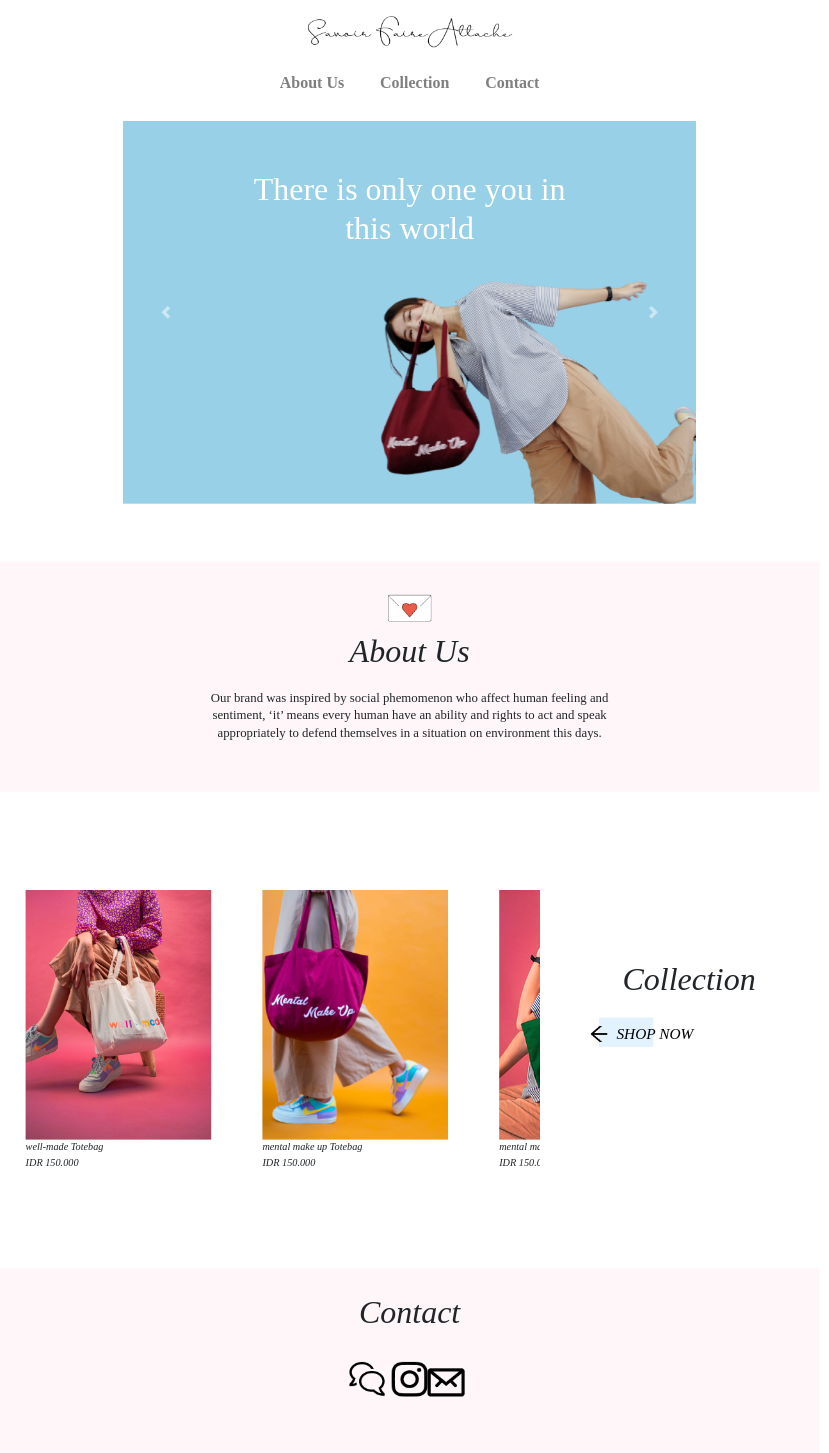
Repository: bismowibi/savoir
Page: index.html
These files come from the project's save history. The page is drawn as it stood at one moment and after the next save; the edit follows.
The browser window is 1280 px wide. The page is 1295 px wide, so the pictures cover 1295 px, including what lies to the right of the window. The pictures show the whole page, at 64% of full size.
The pointer rests on the first visible `.col-lg-4`.
Some web fonts or font styles are not loaded; a fallback is used. Some web libraries are served in a nearby version.

Above is the page before, as saved 2020-04-05 02:10:20.

### index.html
<!doctype html>
<html lang="en">

<head>
  <title>Title</title>
  <!-- Required meta tags -->
  <meta charset="utf-8">
  <meta name="viewport" content="width=device-width, initial-scale=1, shrink-to-fit=no">
  <!-- Internal CSS -->
  <link rel="stylesheet" href="style.css">
  <!-- Bootstrap CSS -->
  <link rel="stylesheet" href="https://stackpath.bootstrapcdn.com/bootstrap/4.3.1/css/bootstrap.min.css"
    integrity="sha384-ggOyR0iXCbMQv3Xipma34MD+dH/1fQ784/j6cY/iJTQUOhcWr7x9JvoRxT2MZw1T" crossorigin="anonymous">
  <!-- Font Face GT -->
  <link href="https://db.onlinewebfonts.com/c/4417812509ea84242dcf790e829ca350?family=GT+Walsheim+Pro+Regular" rel="stylesheet" type="text/css"/>
    <!-- Icon -->
  <script src="https://kit.fontawesome.com/c5d0666ee9.js" crossorigin="anonymous"></script>
</head>

<body>

  <!-- Optional JavaScript -->
  <!-- jQuery first, then Popper.js, then Bootstrap JS -->
  <script src="https://code.jquery.com/jquery-3.3.1.slim.min.js"
    integrity="sha384-q8i/X+965DzO0rT7abK41JStQIAqVgRVzpbzo5smXKp4YfRvH+8abtTE1Pi6jizo" crossorigin="anonymous">
  </script>
  <script src="https://cdnjs.cloudflare.com/ajax/libs/popper.js/1.14.7/umd/popper.min.js"
    integrity="sha384-UO2eT0CpHqdSJQ6hJty5KVphtPhzWj9WO1clHTMGa3JDZwrnQq4sF86dIHNDz0W1" crossorigin="anonymous">
  </script>
  <script src="https://stackpath.bootstrapcdn.com/bootstrap/4.3.1/js/bootstrap.min.js"
    integrity="sha384-JjSmVgyd0p3pXB1rRibZUAYoIIy6OrQ6VrjIEaFf/nJGzIxFDsf4x0xIM+B07jRM" crossorigin="anonymous">
  </script>

  <section id="title">
    <div class="container-fluid">

      <!-- Header-logo -->
      <header id="site-header">
        <!-- <h5>Sfa</h5> -->
        <img src="Photos/savoir.png" alt="">
      </header>

      <!-- Navigation Bar -->
      <nav class="navbar navbar-expand-lg navbar-light">
        <a class="navbar-brand d-block d-sm-block d-md-bock d-lg-none navbar-right" style="float: none;"
          href="#">Sfa</a>

        <!-- Navbar Collapse Button -->
        <button class="navbar-toggler" type="button" data-toggle="collapse" data-target="#navbarTogglerDemo02"
          aria-controls="navbarTogglerDemo02" aria-expanded="false" aria- label="Toggle navigation">
          <span class="navbar-toggler-icon"></span>
        </button>

        <!-- Navbar Menu -->
        <div class="collapse navbar-collapse" id="navbarTogglerDemo02">
          <ul class="navbar-nav mx-auto">
            <li class="nav-item"><a class="nav-link" href="#about-us">About Us</a></li>
            <li class="nav-item"><a class="nav-link" href="#collection">Collection</a></li>
            <li class="nav-item"><a class="nav-link" href="#contact">Contact</a></li>
          </ul>
      </nav>
  </section>

  <!-- Home  -->
  <section id="home">
    <!-- <div class="container"> -->
    <div id="carouselExampleControls" class="carousel slide" data-ride="carousel" data-interval="0">
      <div class="carousel-inner">
        <!-- Card 1  -->
        <div class="carousel-item active">
          <div class="row card-1">
            <div class="col-lg-12">
              <h2 class="text-center">There is only one you in <br>this world</h2>
            </div>
            <div class="col-lg-12">
              <img class="img-card-1" src="/Photos/card-1.png" alt="">
            </div>
          </div>
        </div>
        <!-- Card 2  -->
        <div class="carousel-item">
          <div class="row card-2">
            <div class="col-lg-6">
              <img class="img-card-2" src="/Photos/card-2.png" alt="">
            </div>
            <div class="col-lg-6">
              <h2>Chic and <br>Colourful</h2>
            </div>
          </div>
        </div>
        <!-- Card 3 -->
        <div class="carousel-item">
          <div class="row card-3">
            <div class="col-lg-6">
              <h2>Savoir Faire Attache</h2>
            </div>
            <div class="col-lg-6">
              <img class="img-card-3" src="/Photos/card-3.png" alt="">
            </div>
          </div>
        </div>
        <!-- Card 4 -->
        <div class="carousel-item">
          <div class="row card-4">
            <div class="col-lg-6">
              <h2>Grab yours now!</h2>
            </div>
            <div class="col-lg-6">
              <img class="img-card-4" src="/Photos/card-4-n.png" alt="">
            </div>
          </div>
        </div>
      </div>
      <!-- Button Slider  -->
      <a class="carousel-control-prev" href="#carouselExampleControls" role="button" data-slide="prev">
        <span class="carousel-control-prev-icon" aria-hidden="true"></span>
        <span class="sr-only">Previous</span>
      </a>
      <a class="carousel-control-next" href="#carouselExampleControls" role="button" data-slide="next">
        <span class="carousel-control-next-icon" aria-hidden="true"></span>
        <span class="sr-only">Next</span>
      </a>
    </div>
    </div>
  </section>

  <section id="about-us">
    <div class="container-fluid">
      <div class="row text-center">
        <div class="col-about col-lg-12 ">
          <img class="love-letter" src="/Photos/love-letter.png" alt="">
        </div>
        <div class="col-lg-12 text-center">
          <h2>About Us</h2>
          <p class="">Our brand was inspired by social phemomenon who affect human feeling and <br> sentiment, ‘it’ means every human have an ability and rights to act and speak <br>appropriately to defend themselves in a situation on environment this days. </p>
        </div>
      </div>
    </div>
    </div>
  </section>


  <!-- Collection -->
  <section id="collection">
    <!-- Scroling -->
    <div class="row scrolling-row">
      <div class="col-lg-8 sm-12">
        <div class="scrolling-wrapper-flexbox">
          <div class="card">
            <img src="/Photos/img-collect-1.png" alt="">
            <span>well-made Totebag <br>IDR 150.000<span>
          </div>
          <div class="card">
            <img src="/Photos/img-collect-2.png" alt="">
            <span>mental make up Totebag <br>IDR 150.000<span>
          </div>
          <div class="card">
            <img src="/Photos/img-collect-3.png" alt="">
            <span>mental make up Totebag <br>IDR 150.000<span>
          </div>
          <div class="card">
            <img src="/Photos/img-collect-4.png" alt="">
            <span>amore Totebag <br>IDR 150.000<span>
          </div>
        </div>
      </div>
      <div class="shop-now col-lg-4 sm-12">
        <h1 class="text-center">Collection</h1>
        <div class="arrow">
          <img class="img-arrow" src="/Photos/arrow-biru.png" alt="">
          <a href="https://linktr.ee/savoirfaire_attache" target="_blank">
            <h4> SHOP NOW</h4>
          </a>
        </div>

      </div>
      </di>

  </section>

  <section id="contact">
  <div class="container-fluid">
    <div class="row text-center">
      <div class="col-lg-12">
        <h2>Contact</h2>
      </div>
      <div class="col-lg-4 contact-icon line">
        <img class="icon" src="Photos/text-icon.png" alt="">
        <p>Click me!</p>
      </div>
      <div class="col-lg-4 contact-icon ig">
        <img src="Photos/ig-icon-2.png" alt="">
        <p>@savoirfaire_attache</p>
      </div>
      <div class="col-lg-4 contact-icon mail">
        <img src="Photos/mail-icon-1.png" alt="">
        <p>team@savoirfa.com</p>
      </div>


    </div>


  </div>





  </section>











</body>

</html>

### style.css
/* Header - Logo */
#site-header {
    text-align: center;
    padding-top: 2%;
    font-family: "BeautyDream";
    font-size: 30px;
}

#site-header h5 {
    font-size: 30px;
}

#title{
    padding-bottom: 2%;
}

/* Home Card Background */
.card-1 {
    background-color: #98D0E7;
}

.card-2 {
    background-color: #D54C63;
}

.card-3 {
    background-color: #FECF70;
}

.card-4 {
    background-color: #F7E6D8;
}

/* Home */
#home {
    padding: 0% 15% 7%;
}

#carouselExampleControls h2 {
    font-family: "Futura";
    font-size: 50px;
    position: relative;
}

/* Card 1  */
.img-card-1 {
    position: relative;
    left: 35%;
    height: 470px;
}

.card-1 h2 {
    top: 60%;
    color: white;
}

/* Card 2 */
.img-card-2 {
    position: relative;
    left: 25%;
}

.card-2 h2 {
    color: #ffff;
    top: 40%;
    left: 10%;
}

/* Card 3 */
.card-3 h2 {
    color: #9C7C62;
    top: 35%;
    left: 23%;
}

/* Card-4 */
.card-4 h2 {
    left: 30%;
    top: 20%;
    color: #D54C63;
}

.img-card-4{

}
/* About Us */
#about-us {
    background-color: #FEF6F8;
    height: 360px;
    /* text-align: center; */
    padding: 3% 15% 3%;
    font-family: "GTWalsheimProRegular";
}

#about-us p{
    font-size: 20px;
    line-height: 27px;
    margin-top:30px;
}

#about-us h2 {
    font-family: Futura;
    font-style: italic;
    font-weight: 500;
    font-size: 50px;
}


/* Collection */

#collection {
    padding-top: 12%;
    padding-bottom:12%;
    font-family: "Futura";
    font-weight: 500;
    font-style: italic;
}

.scrolling-wrapper-flexbox {
    display: flex;
    flex-wrap: nowrap;
    overflow-x: auto;


}

.scrolling-wrapper-flexbox::-webkit-scrollbar {
    display: none;

}


.card {
    flex: 0 0 auto;
    /* height: 290px;
    width: 390px; */
    margin-left: 40px;
    margin-right: 40px;
    border: none !important;

}

#collection h1 {
    font-size: 50px;
    margin-top: 110px;

}

.arrow {
    margin-left: 45px;
    margin-top: 30px;

}

.arrow h4 {
    left: 24%;
    position: absolute;
    top: 48%;
}

#collection a {
    color: black;
}

#collection a:hover {
    color: #d24967;
}


#contact{
    padding: 3% 0%;
    background-color: #FEF6F8 ;
    font-family: "Futura";
}

#contact h2{
    font-size: 50px;
    font-style: italic;
}

.contact-icon{
    padding-top:40px;
}



.line{
    left:360px;
}

.mail{
    right: 370px;
    top: 10px;
}

#contact p{
    margin-top: 10px;
    opacity: 0;

}

.col-lg-4:hover p{
    opacity: 1;
}



/* Mobile Version */
@media only screen and (max-width:990px) {
    #site-header {
        display: none;
    }
}

/* Navigation Bar */
.navbar-nav>li {
    padding-left: 20px;
    padding-right: 20px;
    font-family: "GT Walsheim Pro Regular";
    font-weight: bold;
    font-size:25px;
    margin-top:20px;
}

.navbar-brand {
    font-family: "BeautyDream";
    font-size: 2rem !important;
}



@media only screen and (max-width:990px) {
    #home {
        padding: 0 0 0 0 !important;
    }
    .navbar-nav>li{
        font-size:15px;
    }
    /* Heading 2 Mobile */
    #carouselExampleControls h2 {
        font-size: 30px;
        text-align: center;
        display: flex;
        flex-direction: column;
        left: 27%;
    }

    #carouselExampleControls br{
        display: none;
    }



    /* Card 1 Mobile */
    .img-card-1 {
        height: 448px;
        position: relative;
        left: 4%;

    }

    /* Card 2 Mobile */
    .img-card-2 {
        position: relative;
        top: 30%;
        left: 10%;
        width: 80%;
    }

    .card-2 h2 {
        top: -490%
    }

    /* Card 3 Mobile */
    .card-3 h2 {
        top: 70% !important;
    }

    .img-card-3 {
        width: 80%;
        position: relative;
        left: 10%;
        top: 7%;

    }

    /* Card 4 Mobile */
    .img-card-4 {
        width: 81.5%;
        left: 10%;
        position: relative;
        top: 5%;
    }

    .card-3 h2 {

        top: 45%;
    }


    /* About Us Mobile Ver */
    #about-us {
        margin-top: 20%;
        padding-left: 0%;
        padding-right: 0%;
    }

    #about-us br{
        display: none;
    }

    #about-us h2 {
        font-size: 30px;
    }

    #about-us p {
        font-size: 15px;
        line-height: 24px;
    }

    /* Collection  Mobile Ver*/
    #collection {
        padding-top: 20%;
    }

    #collection h1 {
        font-size: 30px;
        margin-top: 0;

    }

    .arrow h4 {
        font-size: 15px;
        ;
        left: 30%;

    }

    .scrolling-row {
        display: flex;
        flex-direction: column-reverse;
    }

    .img-arrow {
        left: 5%;
        position: relative;
        margin-bottom: 13%;
    }
}

}

/* Font  */



@font-face{

    font-family: 'GTWalsheimProRegular';
    src: url('Font/GTWalsheimPro-Regular.eot');
    src: url('Font/GTWalsheimPro-Regular.eot?#iefix') format('embedded-opentype'),
         url('Font/GTWalsheimPro-Regular.woff2') format('woff2'),
         url('Font/GTWalsheimPro-Regular.woff') format('woff'),
         url('Font/GTWalsheimPro-Regular.svg#GTWalsheimPro-Regular') format('svg');
    font-weight: normal;
    font-style: normal;

    }


@font-face {

    font-family: 'BeautyDream';
    src: url('Font/Beauty-Dream.eot');
    src: url('Font/Beauty-Dream.eot?#iefix') format('embedded-opentype'),
         url('Font/Beauty-Dream.woff2') format('woff2'),
         url('Font/Beauty-Dream.woff') format('woff'),
         url('Font/Beauty-Dream.svg#Beauty-Dream') format('svg');
    font-weight: normal;
    font-style: normal;

    }
    @import url(https://db.onlinewebfonts.com/c/4417812509ea84242dcf790e829ca350?family=GT+Walsheim+Pro+Regular);

    @font-face {font-family: "GT Walsheim Pro Regular"; src: url("https://db.onlinewebfonts.com/t/4417812509ea84242dcf790e829ca350.eot"); src: url("https://db.onlinewebfonts.com/t/4417812509ea84242dcf790e829ca350.eot?#iefix") format("embedded-opentype"), url("https://db.onlinewebfonts.com/t/4417812509ea84242dcf790e829ca350.woff2") format("woff2"), url("https://db.onlinewebfonts.com/t/4417812509ea84242dcf790e829ca350.woff") format("woff"), url("https://db.onlinewebfonts.com/t/4417812509ea84242dcf790e829ca350.ttf") format("truetype"), url("https://db.onlinewebfonts.com/t/4417812509ea84242dcf790e829ca350.svg#GT Walsheim Pro Regular") format("svg"); }

After the next save:
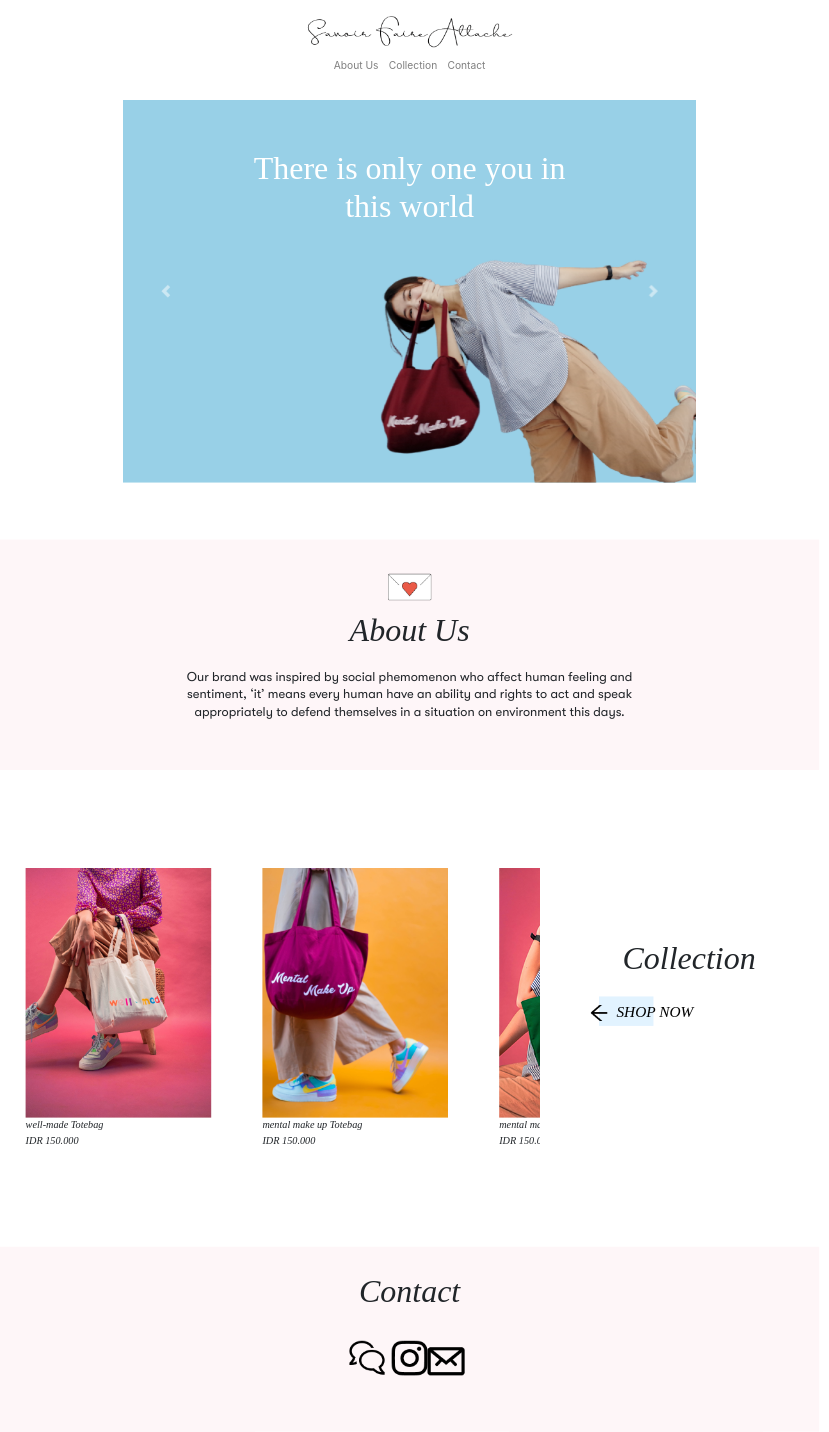
Saved 53 s later.
--- a/style.css
+++ b/style.css
@@ -200,8 +200,7 @@
 }
 
 .col-lg-4:hover p{
-    opacity: 1;
-}
+    opacity:
 
 
 

After the 5 saves that followed:
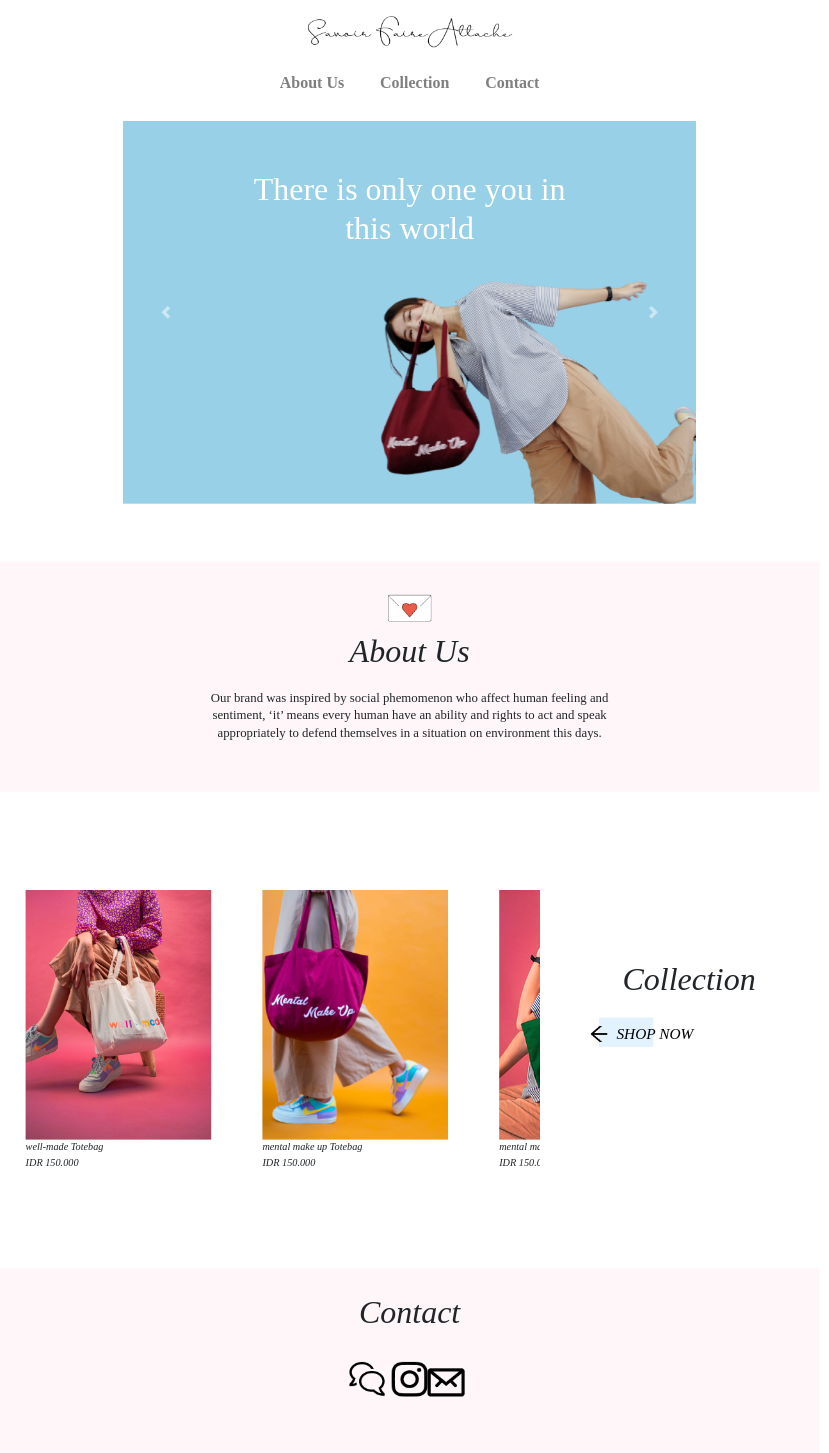
The 5 saves are shown as one change because they came seconds apart.
The last was saved 8 s later.
--- a/style.css
+++ b/style.css
@@ -199,8 +199,7 @@
 
 }
 
-.col-lg-4:hover p{
-    opacity:
+
 
 
 
